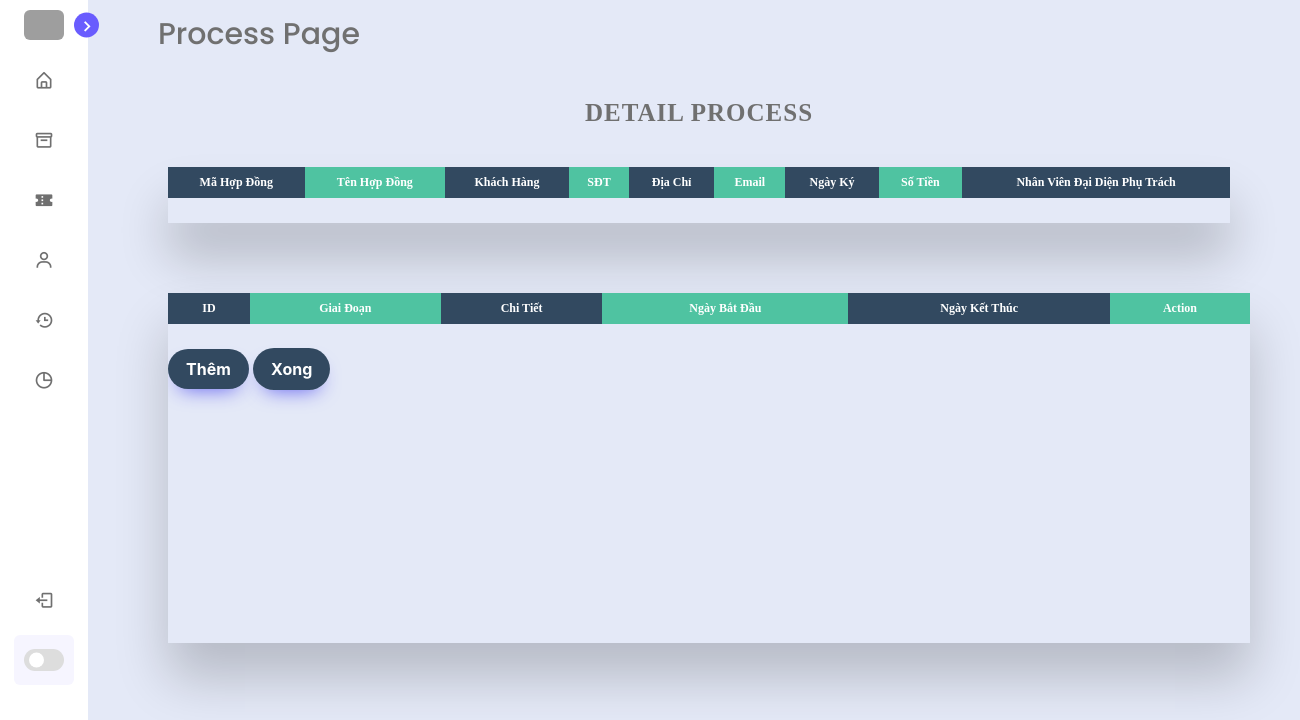
Repository: JeffDaveHudson/CapstoneProject
Page: http://localhost/CapstoneProject/processaddnewprocess
The author's editor kept a copy of each file at every save. The page is drawn from the files as they stood at one save, then again after the next save.
The browser window is 1280 px wide. The page is 1300 px wide, so the pictures cover 1300 px, including what lies to the right of the window. The pictures show the whole page.
Pictures or frames that could not be fetched are drawn as grey boxes. The page is served by Tomcat 9. Queries for data that is not in the repository find no rows.

Above is the page before, as saved 2023-05-31 11:02:36.

After the next save:
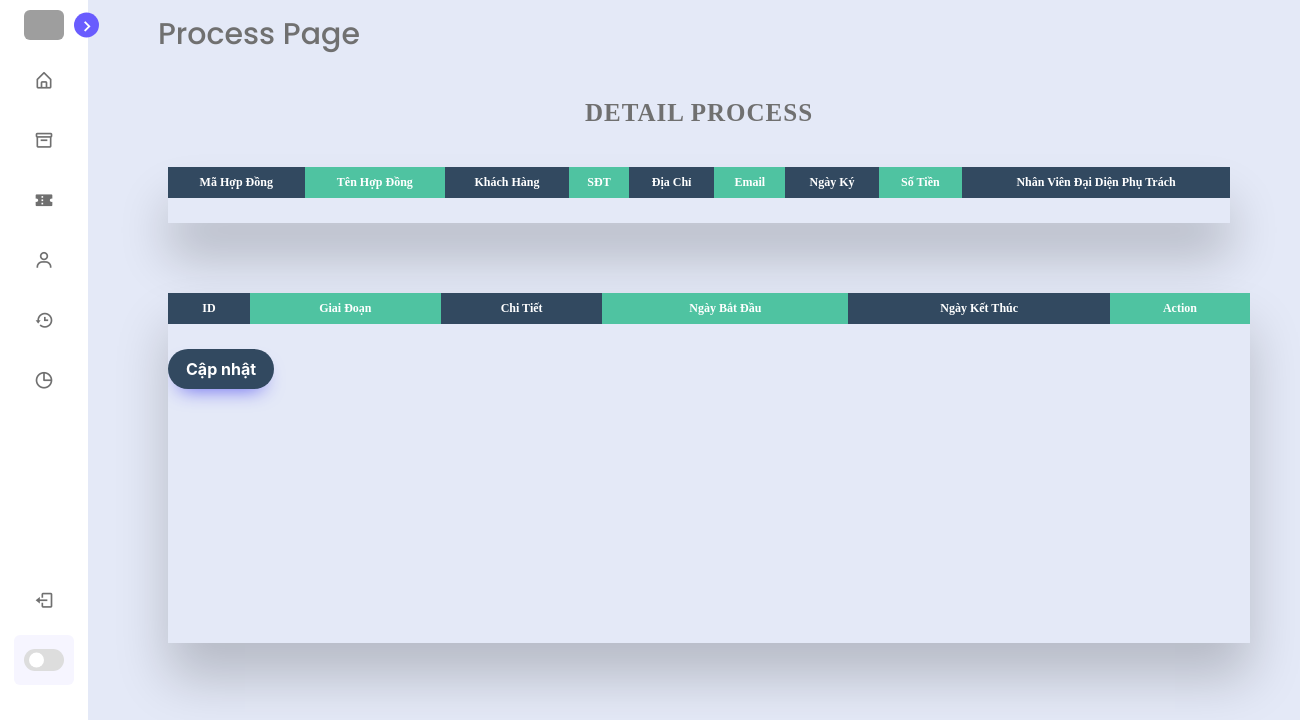
Saved 12 s later.
--- a/CapstoneProject/src/main/webapp/admin/Process.jsp
+++ b/CapstoneProject/src/main/webapp/admin/Process.jsp
@@ -187,8 +187,7 @@
 					<tbody>
 				</table>
 				<br>
-				<button class="button-search" type="submit" onclick="setInitialCount()">Thêm</button>
-				<a href="contract" class="button-search" style="text-decoration: none; padding: 11px 18px 11px 18px;">Xong</a>
+				<button class="button-search" type="submit" onclick="setInitialCount()">Cập nhật</button>
 			</form:form>
 		</div>
 	</section>
